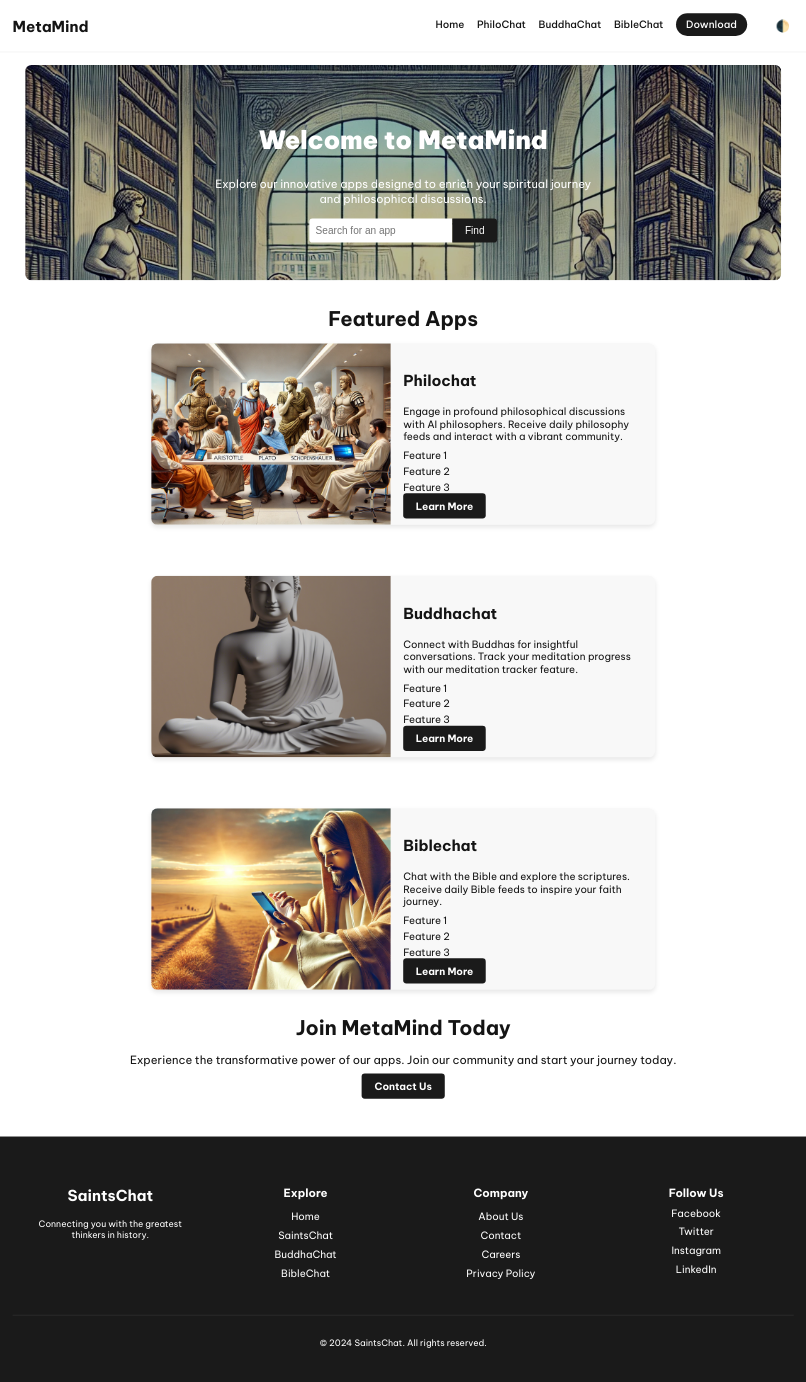
Repository: HSfac/EthosMindWeb
Page: /
An editor plug-in stored every save of this project. The page is shown before and after the next save, followed by the edit.
The browser window is 1280 px wide. The pictures show the whole page, at 63% of full size.
The project was rebuilt for these pictures with package versions that can differ from the ones it lists, and the page was loaded fresh each time. Also part of the build but not shown: src/pages/SaintsChat.css, src/pages/SaintsChat.jsx, src/pages/BuddhaChat.css, src/pages/BuddhaChat.jsx, src/pages/BibleChat.css, src/pages/BibleChat.jsx, src/pages/Download.css, src/pages/Download.jsx.

Above is the page before, as saved 2024-07-21 20:12:46.

### src/index.css
@import url('https://fonts.googleapis.com/css2?display=swap&family=Be+Vietnam+Pro:wght@400;500;700;900&family=Noto+Sans:wght@400;500;700;900');

body {
  font-family: "Be Vietnam Pro", "Noto Sans", sans-serif;
  margin: 0;
  padding: 0;
  box-sizing: border-box;
}

### src/App.jsx
import React from 'react';
import { BrowserRouter as Router, Route, Routes } from 'react-router-dom';
import Home from './pages/Home.jsx';
import SaintsChat from './pages/SaintsChat.jsx';
import BuddhaChat from './pages/BuddhaChat.jsx';
import BibleChat from './pages/BibleChat.jsx';
import Download from './pages/Download.jsx'; // Download 페이지를 추가합니다.
import Header from './components/Header.jsx';
import Footer from './components/Footer.jsx';

function App() {
  return (
    <Router>
      <Header />
      <Routes>
        <Route path="/" element={<Home />} />
        <Route path="/saintschat" element={<SaintsChat />} />
        <Route path="/buddhachats" element={<BuddhaChat />} />
        <Route path="/biblechats" element={<BibleChat />} />
        <Route path="/download" element={<Download />} /> {/* Download 페이지를 추가합니다. */}
      </Routes>
      <Footer />
    </Router>
  );
}

export default App;

### src/pages/Home.jsx
import React from 'react';
import './Home.css';
import { Link } from 'react-router-dom';
import heroImage from '../assets/images/hero-image.png';
import philochatScreenshot from '../assets/images/ph-image-dl.png';
import buddhachatScreenshot from '../assets/images/buddha-hero-image.png';
import biblechatScreenshot from '../assets/images/jesus-image-dl.png';

function Home() {
  return (
    <main className="home-main">
      {/* Hero Section */}
      <section className="home-hero" style={{ backgroundImage: `url(${heroImage})` }}>
        <div className="home-hero-content">
          <h1 className="home-hero-title">Welcome to MetaMind</h1>
          <p className="home-hero-description">Explore our innovative apps designed to enrich your spiritual journey and philosophical discussions.</p>
          <div className="home-hero-search">
            <input type="text" placeholder="Search for an app" />
            <button>Find</button>
          </div>
        </div>
      </section>

      {/* App Introduction Section */}
      <section id="home-app-introduction" className="home-app-introduction">
        <h2 className="home-section-title">Featured Apps</h2>
        <div className="home-app-cards">
          <div className="home-app-card">
            <div className="home-app-image-container">
              <img src={philochatScreenshot} alt="Philochat App Screenshot" className="home-app-image" />
            </div>
            <div className="home-app-info">
              <h3 className="home-app-title">Philochat</h3>
              <p className="home-app-description">Engage in profound philosophical discussions with AI philosophers. Receive daily philosophy feeds and interact with a vibrant community.</p>
              <ul className="home-app-features">
                <li>Feature 1</li>
                <li>Feature 2</li>
                <li>Feature 3</li>
              </ul>
              <Link to="/saintschat" className="home-learn-more-button" onClick={() => window.scrollTo(0, 0)}>Learn More</Link>
            </div>
          </div>
          <hr className="home-divider" />

          <div className="home-app-card">
            <div className="home-app-image-container">
              <img src={buddhachatScreenshot} alt="Buddhachat App Screenshot" className="home-app-image" />
            </div>
            <div className="home-app-info">
              <h3 className="home-app-title">Buddhachat</h3>
              <p className="home-app-description">Connect with Buddhas for insightful conversations. Track your meditation progress with our meditation tracker feature.</p>
              <ul className="home-app-features">
                <li>Feature 1</li>
                <li>Feature 2</li>
                <li>Feature 3</li>
              </ul>
              <Link to="/buddhachats" className="home-learn-more-button" onClick={() => window.scrollTo(0, 0)}>Learn More</Link>
            </div>
          </div>
          <hr className="home-divider" />

          <div className="home-app-card">
            <div className="home-app-image-container">
              <img src={biblechatScreenshot} alt="Biblechat App Screenshot" className="home-app-image" />
            </div>
            <div className="home-app-info">
              <h3 className="home-app-title">Biblechat</h3>
              <p className="home-app-description">Chat with the Bible and explore the scriptures. Receive daily Bible feeds to inspire your faith journey.</p>
              <ul className="home-app-features">
                <li>Feature 1</li>
                <li>Feature 2</li>
                <li>Feature 3</li>
              </ul>
              <Link to="/biblechats" className="home-learn-more-button" onClick={() => window.scrollTo(0, 0)}>Learn More</Link>
            </div>
          </div>
        </div>
      </section>

      {/* Call to Action Section */}
      <section className="home-cta-section">
        <h2 className="home-cta-title">Join MetaMind Today</h2>
        <p className="home-cta-description">Experience the transformative power of our apps. Join our community and start your journey today.</p>
        <div className="home-cta-buttons">
          <Link to="/contact" className="home-cta-button">Contact Us</Link>
        </div>
      </section>
    </main>
  );
}

export default Home;

### src/components/Header.jsx
import React from 'react';
import { Link } from 'react-router-dom';
import './Header.css';

function Header() {
  return (
    <header className="header">
      <h1 className="header-title">MetaMind</h1>
      <nav className="nav">
        <ul className="nav-list">
          <li className="nav-item"><Link to="/">Home</Link></li>
          <li className="nav-item"><Link to="/saintschat">PhiloChat</Link></li>
          <li className="nav-item"><Link to="/buddhachats">BuddhaChat</Link></li>
          <li className="nav-item"><Link to="/biblechats">BibleChat</Link></li>
          <li className="nav-item header-download-button"><Link to="/download">Download</Link></li>
          <li className="nav-item"><button className="toggle-button" onClick={() => document.body.classList.toggle('dark-mode')}>🌓</button></li>
        </ul>
      </nav>
    </header>
  );
}

export default Header;

### src/components/Footer.jsx
import React from 'react';
import { Link } from 'react-router-dom';
import './Footer.css';

function Footer() {
  return (
    <footer className="footer">
      <div className="footer-content">
        <div className="footer-section">
          <h2 className="footer-title">SaintsChat</h2>
          <p className="footer-description">Connecting you with the greatest thinkers in history.</p>
        </div>
        <div className="footer-section">
          <h3 className="footer-subtitle">Explore</h3>
          <ul className="footer-links">
            <li><Link to="/">Home</Link></li>
            <li><Link to="/saintschat">SaintsChat</Link></li>
            <li><Link to="/buddhachats">BuddhaChat</Link></li>
            <li><Link to="/biblechats">BibleChat</Link></li>
          </ul>
        </div>
        <div className="footer-section">
          <h3 className="footer-subtitle">Company</h3>
          <ul className="footer-links">
            <li><Link to="/about">About Us</Link></li>
            <li><Link to="/contact">Contact</Link></li>
            <li><Link to="/careers">Careers</Link></li>
            <li><Link to="/privacy">Privacy Policy</Link></li>
          </ul>
        </div>
        <div className="footer-section">
          <h3 className="footer-subtitle">Follow Us</h3>
          <div className="footer-social">
            <a href="https://facebook.com" target="_blank" rel="noopener noreferrer">Facebook</a>
            <a href="https://twitter.com" target="_blank" rel="noopener noreferrer">Twitter</a>
            <a href="https://instagram.com" target="_blank" rel="noopener noreferrer">Instagram</a>
            <a href="https://linkedin.com" target="_blank" rel="noopener noreferrer">LinkedIn</a>
          </div>
        </div>
      </div>
      <div className="footer-bottom">
        <p>&copy; 2024 SaintsChat. All rights reserved.</p>
      </div>
    </footer>
  );
}

export default Footer;

### src/pages/Home.css
:root {
  --background-color: #ffffff;
  --text-color: #000000;
  --button-background-color: #1a1a1a;
  --button-text-color: #ffffff;
  --card-background-color: #f8f8f8;
  --card-shadow-color: rgba(0, 0, 0, 0.1);
  --divider-color: rgba(0, 0, 0, 0.2);
}

@media (prefers-color-scheme: dark) {
  :root {
    --background-color: #181818;
    --text-color: #f8f8f8;
    --button-background-color: #f8f8f8;
    --button-text-color: #181818;
    --card-background-color: #282828;
    --card-shadow-color: rgba(255, 255, 255, 0.1);
    --divider-color: rgba(255, 255, 255, 0.2);
  }
}

body {
  background-color: var(--background-color);
  color: var(--text-color);
}

.home-main {
  padding: 20px 40px;
}

.home-hero {
  background: linear-gradient(rgba(0, 0, 0, 0.1) 0%, rgba(0, 0, 0, 0.4) 100%), center/cover no-repeat;
  color: white;
  text-align: center;
  padding: 60px 20px;
  border-radius: 10px;
  margin-bottom: 40px;
}

.home-hero-content {
  max-width: 600px;
  margin: 0 auto;
}

.home-hero-title {
  font-size: 40px;
  font-weight: 900;
}

.home-hero-description {
  font-size: 18px;
  margin: 10px 0;
}

.home-hero-search {
  display: flex;
  justify-content: center;
  margin-top: 20px;
}

.home-hero-search input {
  padding: 10px;
  font-size: 16px;
  border: none;
  border-radius: 5px 0 0 5px;
  outline: none;
}

.home-hero-search button {
  padding: 10px 20px;
  font-size: 16px;
  border: none;
  background-color: var(--button-background-color);
  color: var(--button-text-color);
  border-radius: 0 5px 5px 0;
  cursor: pointer;
}

.home-app-introduction {
  margin: 40px 0;
}

.home-section-title {
  font-size: 32px;
  font-weight: bold;
  text-align: center;
  margin-bottom: 20px;
}

.home-app-cards {
  display: flex;
  flex-direction: column;
  align-items: center;
  gap: 20px;
}

.home-app-card {
  display: flex;
  background-color: var(--card-background-color);
  border-radius: 10px;
  box-shadow: 0 4px 8px var(--card-shadow-color);
  max-width: 800px;
  width: 100%;
  overflow: hidden;
}

.home-app-image-container {
  flex: 1;
}

.home-app-image {
  width: 100%;
  height: 100%;
  object-fit: cover;
}

.home-app-info {
  flex: 1;
  padding: 20px;
}

.home-app-title {
  font-size: 24px;
  font-weight: bold;
}

.home-app-description {
  font-size: 16px;
  margin: 10px 0;
}

.home-app-features {
  list-style: none;
  padding: 0;
  margin: 10px 0;
}

.home-app-features li {
  font-size: 16px;
  margin-bottom: 5px;
}

.home-learn-more-button {
  background-color: var(--button-background-color);
  color: var(--button-text-color);
  padding: 10px 20px;
  border: none;
  border-radius: 5px;
  cursor: pointer;
  font-size: 16px;
  font-weight: bold;
  text-decoration: none;
}

.home-divider {
  border: 0;
  height: 1px;
  margin: 20px 0;
  background-color: var(--divider-color);
}

.home-cta-section {
  margin: 40px 0;
  text-align: center;
}

.home-cta-title {
  font-size: 32px;
  font-weight: bold;
  margin-bottom: 20px;
}

.home-cta-description {
  font-size: 18px;
  margin: 10px 0;
}

.home-cta-buttons {
  display: flex;
  justify-content: center;
  gap: 10px;
}

.home-cta-button {
  background-color: var(--button-background-color);
  color: var(--button-text-color);
  padding: 10px 20px;
  border: none;
  border-radius: 5px;
  cursor: pointer;
  font-size: 16px;
  font-weight: bold;
  text-decoration: none;
}

### src/components/Header.css
.header {
  display: flex;
  justify-content: space-between;
  align-items: center;
  padding: 10px 20px;
  border-bottom: 1px solid #ededed;
}

.header-title {
  font-size: 24px;
  font-weight: bold;
}

.nav {
  display: flex;
}

.nav-list {
  display: flex;
  list-style: none;
  margin: 0;
  padding: 0;
}

.nav-item {
  margin-left: 20px;
}

.nav-item a {
  text-decoration: none;
  color: var(--text-color);
  font-weight: 500;
}

.header-download-button a {
  padding: 8px 16px;
  border-radius: 20px;
  background-color: #1a1a1a;
  color: white;
}

.toggle-button {
  background: none;
  border: none;
  font-size: 18px;
  cursor: pointer;
  margin-left: 20px;
}

:root {
  --bg-color: white;
  --text-color: #141414;
}

.dark-mode {
  --bg-color: #141414;
  --text-color: white;
}

body {
  background-color: var(--bg-color);
  color: var(--text-color);
  transition: background-color 0.3s, color 0.3s;
}

### src/components/Footer.css
.footer {
  background-color: #1a1a1a;
  color: white;
  padding: 40px 20px;
  text-align: center;
}

.footer-content {
  display: flex;
  flex-wrap: wrap;
  justify-content: space-around;
  margin-bottom: 20px;
}

.footer-section {
  flex: 1;
  min-width: 200px;
  margin: 20px;
}

.footer-title {
  font-size: 24px;
  font-weight: bold;
}

.footer-description {
  font-size: 14px;
}

.footer-subtitle {
  font-size: 18px;
  font-weight: bold;
  margin-bottom: 10px;
}

.footer-links {
  list-style: none;
  padding: 0;
}

.footer-links li {
  margin-bottom: 10px;
}

.footer-links a {
  text-decoration: none;
  color: white;
}

.footer-social a {
  display: block;
  margin-bottom: 10px;
  text-decoration: none;
  color: white;
}

.footer-bottom {
  border-top: 1px solid #333;
  padding-top: 20px;
  font-size: 14px;
}

Loaded but not shown: public/index.html (common file); src/index.js (common file)

After the next save:
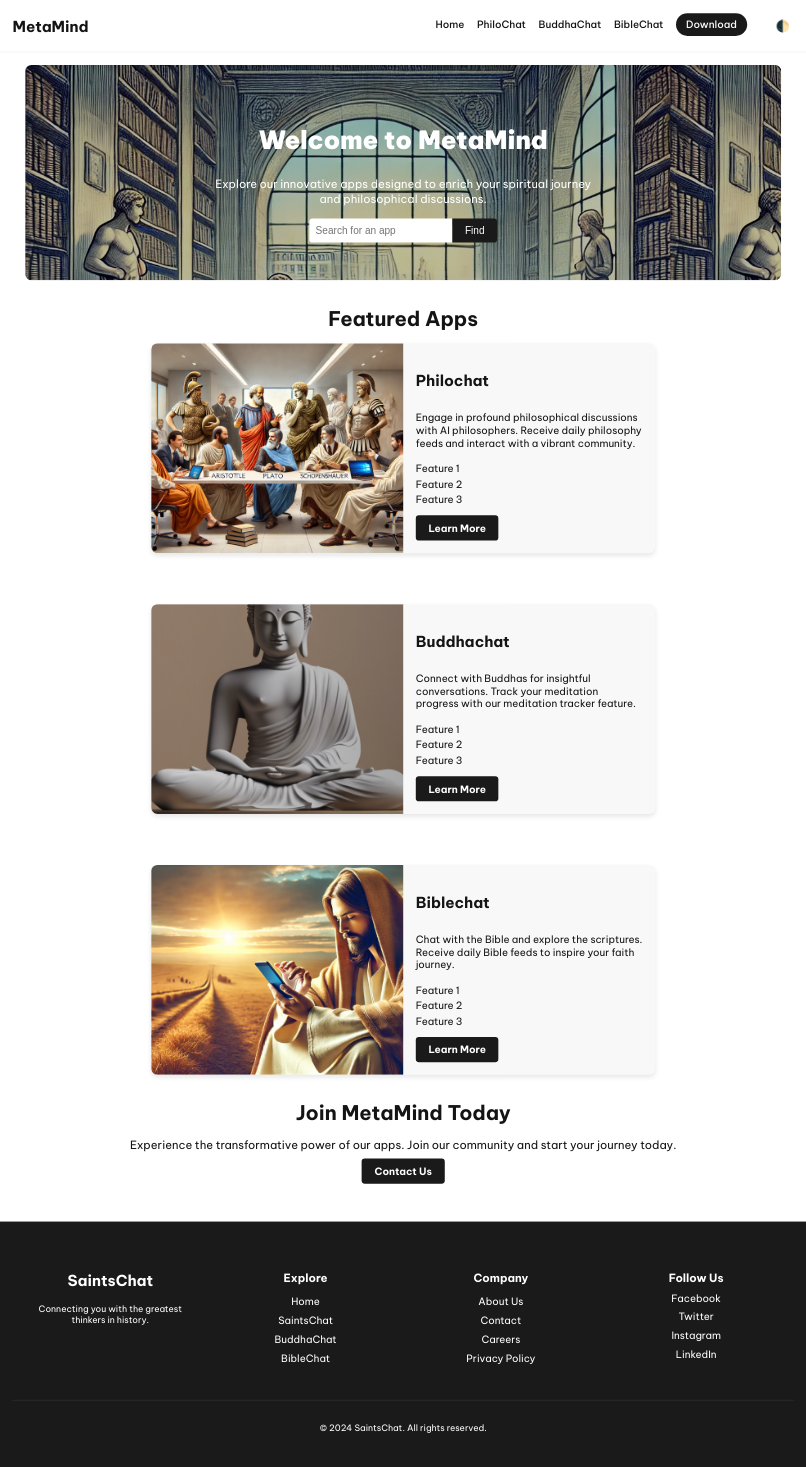
Saved 2 min 45 s later.
--- a/src/pages/Home.css
+++ b/src/pages/Home.css
@@ -107,6 +107,7 @@ body {
 
 .home-app-image-container {
   flex: 1;
+  min-width: 50%;
 }
 
 .home-app-image {
@@ -118,22 +119,28 @@ body {
 .home-app-info {
   flex: 1;
   padding: 20px;
+  display: flex;
+  flex-direction: column;
+  justify-content: center;
 }
 
 .home-app-title {
   font-size: 24px;
   font-weight: bold;
+  color: var(--text-color);
 }
 
 .home-app-description {
   font-size: 16px;
   margin: 10px 0;
+  color: var(--text-color);
 }
 
 .home-app-features {
   list-style: none;
   padding: 0;
   margin: 10px 0;
+  color: var(--text-color);
 }
 
 .home-app-features li {
@@ -151,6 +158,7 @@ body {
   font-size: 16px;
   font-weight: bold;
   text-decoration: none;
+  align-self: flex-start;
 }
 
 .home-divider {
@@ -169,11 +177,13 @@ body {
   font-size: 32px;
   font-weight: bold;
   margin-bottom: 20px;
+  color: var(--text-color);
 }
 
 .home-cta-description {
   font-size: 18px;
   margin: 10px 0;
+  color: var(--text-color);
 }
 
 .home-cta-buttons {
